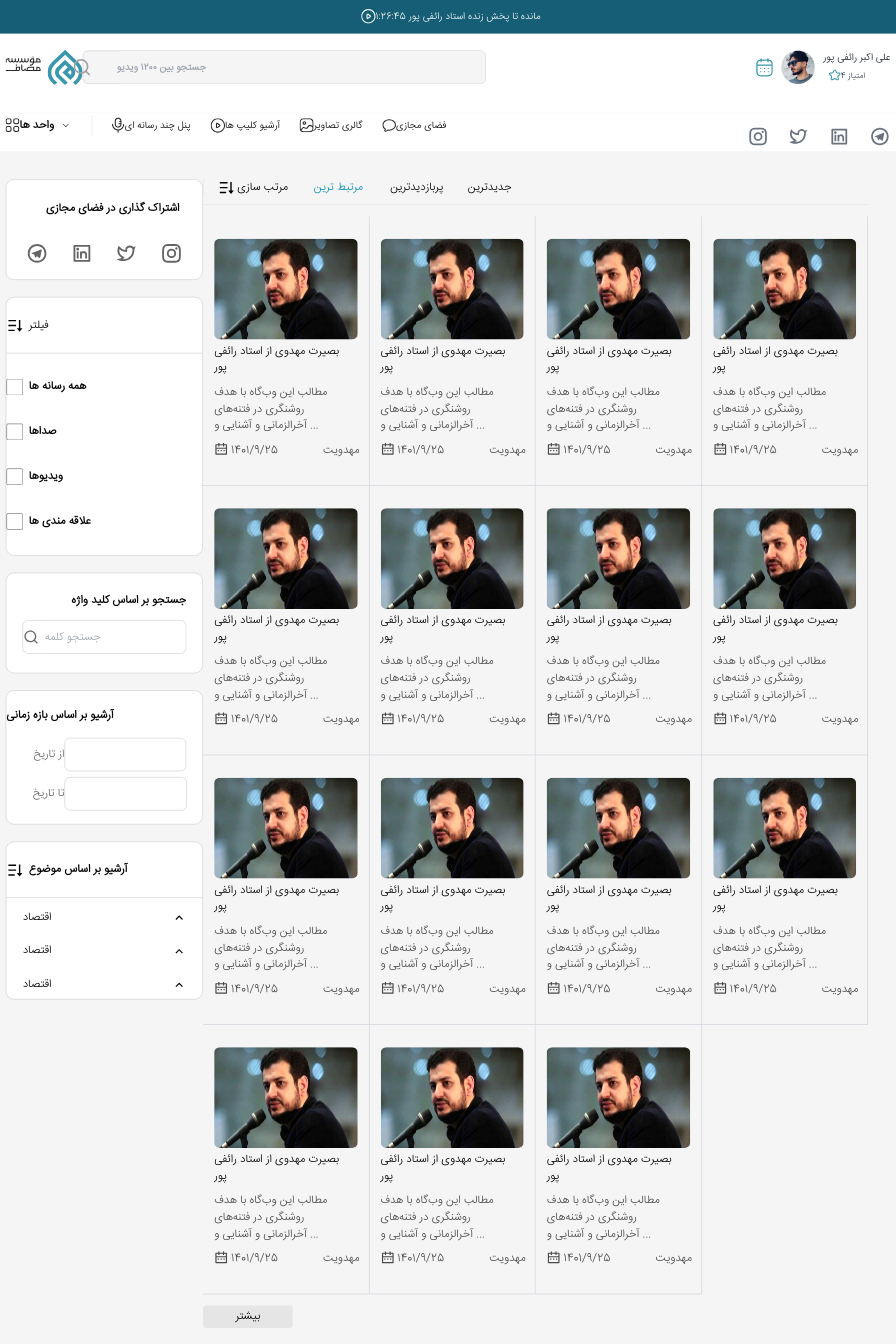
Repository: homan-tehrani/uiUserNative
Page: /multimedia
The author's editor kept a copy of each file at every save. The page is drawn from the files as they stood at one save, then again after the next save.
The browser window is 1280 px wide. The pictures show the part of the page from y = 0 to 1920 px (the page is 3037 px tall before and 3069 px after), at 70% of full size.
The project was rebuilt for these pictures with package versions that can differ from the ones it lists, and the page was loaded fresh each time. The framework's server and built-in components were replaced by stand-ins that run in the browser. Also part of the build but not shown: next.config.js, src/components/MenuForUnits.js, src/components/AccordionForUnits.js, src/components/MenuResponsive.js.

Above is the page before, as saved 2023-04-25 02:24:15.

### src/pages/_app.js
import Layoute from 'components/layout/Layoute'
import 'styles/globals.css'

export default function App({ Component, pageProps }) {
  return <Layoute>
    <Component {...pageProps} />
  </Layoute>
}

### src/pages/multimedia/index.js
import React, { useState, useEffect } from 'react';
import { albumPhoto } from '../../../src/db.json';
import Loading from 'components/loading';
import CourseCart from 'components/CourseCart';
import Aside from 'components/Aside';
import AsideResponsive from 'components/AsideResponsive';
export default function Multimedia() {
  const [allcorses, setAllCorses] = useState(null);

  useEffect(() => {
    setAllCorses(albumPhoto);
  }, []);

  if (!allcorses) {
    return <Loading />;
  }

  return (
    <div className=" bg-neutral-100 flex h-max py-10 w-full mt-4 gap-x-1 ">
      <div className="hidden  sm:flex  md:flex justify-evenly container sm:px-2 mx-auto sm:justify-between sm:gap-x-0 gap-x-2 ">
        <Aside />
        <CourseCart data={allcorses} />
      </div>
      <AsideResponsive />
    </div>
  );
}

### src/components/layout/Layoute.js
import React from "react";
import Header from "./Header";
import Fotter from "./Fotter";
import Speech from "../Speech";

export default function Layoute({ children , datas }) {
  return (
    <>
      <Header  />
      <div>{children}</div>
      <Speech />
      <Fotter datas={datas} />
    </>
  );
}

### src/styles/globals.css
@tailwind base;
@tailwind components;
@tailwind utilities;

@font-face {
    font-family: iransans;
    src: url("../../public/assets/fonts/iransans/irsans-l.woff");
}

html , body{
    font-family: iransans;
  }

.slider-master
.swiper-pagination-bullet{
  width: 14px;
  height: 14px;
  background-color: #3998AC;
}

.slider-master
.swiper-pagination-bullet-active {
  width: 60px;
  border-radius: 60px;
}

### src/components/loading.js
const Loading =()=> {
    return (
      <div className="w-full h-full flex justify-center items-center py-5">
        <svg aria-hidden="true" class="w-12 h-12 text-gray-200 animate-spin dark:text-gray-600 fill-cyan-600" viewBox="0 0 100 101" fill="none" xmlns="http://www.w3.org/2000/svg">
            <path d="M100 50.5908C100 78.2051 77.6142 100.591 50 100.591C22.3858 100.591 0 78.2051 0 50.5908C0 22.9766 22.3858 0.59082 50 0.59082C77.6142 0.59082 100 22.9766 100 50.5908ZM9.08144 50.5908C9.08144 73.1895 27.4013 91.5094 50 91.5094C72.5987 91.5094 90.9186 73.1895 90.9186 50.5908C90.9186 27.9921 72.5987 9.67226 50 9.67226C27.4013 9.67226 9.08144 27.9921 9.08144 50.5908Z" fill="currentColor"/>
            <path d="M93.9676 39.0409C96.393 38.4038 97.8624 35.9116 97.0079 33.5539C95.2932 28.8227 92.871 24.3692 89.8167 20.348C85.8452 15.1192 80.8826 10.7238 75.2124 7.41289C69.5422 4.10194 63.2754 1.94025 56.7698 1.05124C51.7666 0.367541 46.6976 0.446843 41.7345 1.27873C39.2613 1.69328 37.813 4.19778 38.4501 6.62326C39.0873 9.04874 41.5694 10.4717 44.0505 10.1071C47.8511 9.54855 51.7191 9.52689 55.5402 10.0491C60.8642 10.7766 65.9928 12.5457 70.6331 15.2552C75.2735 17.9648 79.3347 21.5619 82.5849 25.841C84.9175 28.9121 86.7997 32.2913 88.1811 35.8758C89.083 38.2158 91.5421 39.6781 93.9676 39.0409Z" fill="currentFill"/>
        </svg>
      </div>
    );
  }

  export default Loading;

### src/components/Speech.js
import React, { useEffect, useState } from "react";
import Loading from "./loading";
import {speech} from "../../src/db.json"

export default function Speech({ datas }) {
  const [imageSpeech, setImageSpeech] = useState(null);
  useEffect(() => {
    setImageSpeech(speech);
  }, []);

  if (!imageSpeech) {
    return <Loading />;
  }
  return (
    <div className="w-full flex justify-center items-center relative ">
      <div className="flex flex-col w-full h-max">
        <div className="flex flex-col w-full ">
          <img
            src={imageSpeech[0].src}
            alt={imageSpeech[0].alt}
            className="w-full h-full object-cover"
          />
        </div>
      </div>
    </div>
  );
}

### src/components/AccordionForMultiMedia.js
import {useState} from 'react'

export default function AccordionForMultiMedia() {
    const [isShowAccordion, setIsShowAccordion] = useState(false);
    const accordionHandler = () => {
        setIsShowAccordion((prev) => !prev);
      };
  return (
    <>
    <button
    onClick={accordionHandler}
    className=" w-10/12 mx-auto h-10 flex items-center mt-2 justify-between"
  >
    <p>اقتصاد</p>
    <div>
      {!isShowAccordion && (
        <svg
          xmlns="http://www.w3.org/2000/svg"
          viewBox="0 0 24 24"
          width="20"
          height="20"
        >
          <path
            d="M11.9997 10.8284L7.04996 15.7782L5.63574 14.364L11.9997 8L18.3637 14.364L16.9495 15.7782L11.9997 10.8284Z"
            fill="#000"
          ></path>
        </svg>
      )}
      {isShowAccordion && (
        <svg
          xmlns="http://www.w3.org/2000/svg"
          viewBox="0 0 24 24"
          width="20"
          height="20"
        >
          <path
            d="M11.9997 13.1714L16.9495 8.22168L18.3637 9.63589L11.9997 15.9999L5.63574 9.63589L7.04996 8.22168L11.9997 13.1714Z"
            fill="#000"
          ></path>
        </svg>
      )}
    </div>
  </button>
  {isShowAccordion && (
    <div className="w-10/12 mx-auto my-4 pb-4 flex flex-col gap-y-8 font-bold  border-b border-stone-300">
      <div className="flex items-center justify-satrt  gap-x-2 ">
        <input type="checkbox" className="w-6 h-6 " />
        <p>اقتصاد ایران</p>
      </div>
      <div className="flex items-center justify-satrt  gap-x-2">
        <input type="checkbox" className="w-6 h-6 " />
        <p>اقتصاد جهان</p>
      </div>
    </div>
  )}
  </>
  )
}

### src/components/AccordionMultiMediResponsive.js
import React, { useState } from 'react'

export default function AccordionMultiMediResponsive() {
    const[isShowAccordion , setIsShowAccordion] = useState(false)
    const accordionHandler = ()=>{
        setIsShowAccordion(prev=>!prev)
    }
  return (
    <>
     <button
              onClick={accordionHandler}
              className=" w-11/12 mx-auto h-10 flex items-center  my-2 justify-between"
            >
              <p>دشمن شناسی</p>
              <div>
                {!isShowAccordion && (
                  <svg
                    xmlns="http://www.w3.org/2000/svg"
                    viewBox="0 0 24 24"
                    width="20"
                    height="20"
                  >
                    <path
                      d="M11.9997 10.8284L7.04996 15.7782L5.63574 14.364L11.9997 8L18.3637 14.364L16.9495 15.7782L11.9997 10.8284Z"
                      fill="#000"
                    ></path>
                  </svg>
                )}
                {isShowAccordion && (
                  <svg
                    xmlns="http://www.w3.org/2000/svg"
                    viewBox="0 0 24 24"
                    width="20"
                    height="20"
                  >
                    <path
                      d="M11.9997 13.1714L16.9495 8.22168L18.3637 9.63589L11.9997 15.9999L5.63574 9.63589L7.04996 8.22168L11.9997 13.1714Z"
                      fill="#000"
                    ></path>
                  </svg>
                )}
              </div>
            </button>
            {isShowAccordion && (
              <div className="w-10/12 mx-auto pb-4 flex mt-4 flex-col gap-y-8 font-bold border-stone-300 border-b">
                <div className="flex items-center justify-satrt  gap-x-2 ">
                  <input type="checkbox" className="w-6 h-6 " />
                  <p>اقتصاد ایران</p>
                </div>
                <div className="flex items-center justify-satrt  gap-x-2">
                  <input type="checkbox" className="w-6 h-6 " />
                  <p>اقتصاد جهان</p>
                </div>
              </div>
            )}
    </>
  )
}

### src/components/NavBar.js
import React from 'react'
import { useState , useRef , useEffect } from "react";
import Link from 'next/link';
import MenuForUnits from './MenuForUnits';

export default function Navbar() {
  const [showMenuForUnits, setShowMenuForUnits] = useState(false)

  return (
    <>

      <div className="hidden lg:flex container px-2 h-8 mx-auto  flex-row-reverse justify-between items center py-5 ">
        <ul className="flex gap-7">
          <li>
            <Link href="#" className="text-gray-500">
              <svg xmlns="http://www.w3.org/2000/svg" className="fill-current stroke-1" viewBox="0 0 24 24" width="30" height="30"><path fill="none" d="M0 0h24v24H0z" /><path d="M12 9a3 3 0 1 0 0 6 3 3 0 0 0 0-6zm0-2a5 5 0 1 1 0 10 5 5 0 0 1 0-10zm6.5-.25a1.25 1.25 0 0 1-2.5 0 1.25 1.25 0 0 1 2.5 0zM12 4c-2.474 0-2.878.007-4.029.058-.784.037-1.31.142-1.798.332-.434.168-.747.369-1.08.703a2.89 2.89 0 0 0-.704 1.08c-.19.49-.295 1.015-.331 1.798C4.006 9.075 4 9.461 4 12c0 2.474.007 2.878.058 4.029.037.783.142 1.31.331 1.797.17.435.37.748.702 1.08.337.336.65.537 1.08.703.494.191 1.02.297 1.8.333C9.075 19.994 9.461 20 12 20c2.474 0 2.878-.007 4.029-.058.782-.037 1.309-.142 1.797-.331.433-.169.748-.37 1.08-.702.337-.337.538-.65.704-1.08.19-.493.296-1.02.332-1.8.052-1.104.058-1.49.058-4.029 0-2.474-.007-2.878-.058-4.029-.037-.782-.142-1.31-.332-1.798a2.911 2.911 0 0 0-.703-1.08 2.884 2.884 0 0 0-1.08-.704c-.49-.19-1.016-.295-1.798-.331C14.925 4.006 14.539 4 12 4zm0-2c2.717 0 3.056.01 4.122.06 1.065.05 1.79.217 2.428.465.66.254 1.216.598 1.772 1.153a4.908 4.908 0 0 1 1.153 1.772c.247.637.415 1.363.465 2.428.047 1.066.06 1.405.06 4.122 0 2.717-.01 3.056-.06 4.122-.05 1.065-.218 1.79-.465 2.428a4.883 4.883 0 0 1-1.153 1.772 4.915 4.915 0 0 1-1.772 1.153c-.637.247-1.363.415-2.428.465-1.066.047-1.405.06-4.122.06-2.717 0-3.056-.01-4.122-.06-1.065-.05-1.79-.218-2.428-.465a4.89 4.89 0 0 1-1.772-1.153 4.904 4.904 0 0 1-1.153-1.772c-.248-.637-.415-1.363-.465-2.428C2.013 15.056 2 14.717 2 12c0-2.717.01-3.056.06-4.122.05-1.066.217-1.79.465-2.428a4.88 4.88 0 0 1 1.153-1.772A4.897 4.897 0 0 1 5.45 2.525c.638-.248 1.362-.415 2.428-.465C8.944 2.013 9.283 2 12 2z" /></svg>
            </Link>
          </li>
          <li>
            <Link href="#" className="text-gray-500">
            <svg xmlns="http://www.w3.org/2000/svg" className="fill-current stroke-1" viewBox="0 0 24 24" width="30" height="30"><path fill="none" d="M0 0h24v24H0z" /><path d="M15.3 5.55a2.9 2.9 0 0 0-2.9 2.847l-.028 1.575a.6.6 0 0 1-.68.583l-1.561-.212c-2.054-.28-4.022-1.226-5.91-2.799-.598 3.31.57 5.603 3.383 7.372l1.747 1.098a.6.6 0 0 1 .034.993L7.793 18.17c.947.059 1.846.017 2.592-.131 4.718-.942 7.855-4.492 7.855-10.348 0-.478-1.012-2.141-2.94-2.141zm-4.9 2.81a4.9 4.9 0 0 1 8.385-3.355c.711-.005 1.316.175 2.669-.645-.335 1.64-.5 2.352-1.214 3.331 0 7.642-4.697 11.358-9.463 12.309-3.268.652-8.02-.419-9.382-1.841.694-.054 3.514-.357 5.144-1.55C5.16 15.7-.329 12.47 3.278 3.786c1.693 1.977 3.41 3.323 5.15 4.037 1.158.475 1.442.465 1.973.538z" /></svg>
            </Link>
          </li>
          <li>
            <Link href="#" className="text-gray-500">
            <svg xmlns="http://www.w3.org/2000/svg" className="fill-current stroke-1" viewBox="0 0 24 24" width="30" height="30"><path fill="none" d="M0 0h24v24H0z" /><path d="M4 3h16a1 1 0 0 1 1 1v16a1 1 0 0 1-1 1H4a1 1 0 0 1-1-1V4a1 1 0 0 1 1-1zm1 2v14h14V5H5zm2.5 4a1.5 1.5 0 1 1 0-3 1.5 1.5 0 0 1 0 3zm-1 1h2v7.5h-2V10zm5.5.43c.584-.565 1.266-.93 2-.93 2.071 0 3.5 1.679 3.5 3.75v4.25h-2v-4.25a1.75 1.75 0 0 0-3.5 0v4.25h-2V10h2v.43z" /></svg>
            </Link>
          </li>
          <li>
            <Link href="#" className="text-gray-500">
            <svg xmlns="http://www.w3.org/2000/svg" className="fill-current stroke-1" viewBox="0 0 24 24" width="30" height="30"><path fill="none" d="M0 0h24v24H0z" /><path d="M12 20a8 8 0 1 0 0-16 8 8 0 0 0 0 16zm0 2C6.477 22 2 17.523 2 12S6.477 2 12 2s10 4.477 10 10-4.477 10-10 10zm-3.11-8.83l-2.498-.779c-.54-.165-.543-.537.121-.804l9.733-3.76c.565-.23.885.061.702.79l-1.657 7.82c-.116.557-.451.69-.916.433l-2.551-1.888-1.189 1.148c-.122.118-.221.219-.409.244-.187.026-.341-.03-.454-.34l-.87-2.871-.012.008z" /></svg>
            </Link>
          </li>
        </ul>
        <ul className="flex items-center gap-5">
          <li onClick={() => setShowMenuForUnits(prev => !prev)}>
            <button className="space-x-3 space-x-reverse">
              <svg width="20" height="20" className="inline" viewBox="0 0 20 20" fill="none" xmlns="http://www.w3.org/2000/svg">
                <path fill-rule="evenodd" clip-rule="evenodd" d="M4.25 11C8.319 11 8.5 12.38 8.5 15.25C8.5 16.688 8.5 17.711 7.896 18.46C7.201 19.323 5.936 19.5 4.25 19.5C2.564 19.5 1.299 19.323 0.604 18.46C0 17.711 0 16.689 0 15.275L0.75 15.25H0C0 12.38 0.181 11 4.25 11ZM15.25 11C19.319 11 19.5 12.38 19.5 15.25C19.5 16.688 19.5 17.711 18.896 18.46C18.201 19.323 16.936 19.5 15.25 19.5C13.564 19.5 12.299 19.323 11.604 18.46C11 17.711 11 16.689 11 15.275L11.75 15.25H11C11 12.38 11.181 11 15.25 11ZM4.45616 12.5004L4.25 12.5C1.64103 12.5 1.50723 12.6872 1.50037 14.8771L1.50079 15.7302C1.50553 16.6011 1.53871 17.2303 1.771 17.52C2.036 17.848 2.823 18 4.25 18C5.677 18 6.464 17.847 6.729 17.519C7 17.182 7 16.382 7 15.274C7 12.7738 7 12.5122 4.45616 12.5004ZM15.4562 12.5004L15.25 12.5C12.641 12.5 12.5072 12.6872 12.5004 14.8771L12.5008 15.7302C12.5055 16.6011 12.5387 17.2303 12.771 17.52C13.036 17.848 13.823 18 15.25 18C16.677 18 17.464 17.847 17.729 17.519C18 17.182 18 16.382 18 15.274C18 12.7738 18 12.5122 15.4562 12.5004ZM4.25 0C8.319 0 8.5 1.38 8.5 4.25C8.5 5.688 8.5 6.711 7.896 7.46C7.201 8.323 5.936 8.5 4.25 8.5C2.564 8.5 1.299 8.323 0.604 7.46C0 6.711 0 5.689 0 4.275L0.75 4.25H0C0 1.38 0.181 0 4.25 0ZM15.25 0C19.319 0 19.5 1.38 19.5 4.25C19.5 5.688 19.5 6.711 18.896 7.46C18.201 8.323 16.936 8.5 15.25 8.5C13.564 8.5 12.299 8.323 11.604 7.46C11 6.711 11 5.689 11 4.275L11.75 4.25H11C11 1.38 11.181 0 15.25 0ZM4.45616 1.50045L4.25 1.5C1.64103 1.5 1.50723 1.68721 1.50037 3.87705L1.50079 4.73018C1.50553 5.60114 1.53871 6.23029 1.771 6.52C2.036 6.848 2.823 7 4.25 7C5.677 7 6.464 6.847 6.729 6.519C7 6.182 7 5.382 7 4.274C7 1.7738 7 1.51222 4.45616 1.50045ZM15.4562 1.50045L15.25 1.5C12.641 1.5 12.5072 1.68721 12.5004 3.87705L12.5008 4.73018C12.5055 5.60114 12.5387 6.23029 12.771 6.52C13.036 6.848 13.823 7 15.25 7C16.677 7 17.464 6.847 17.729 6.519C18 6.182 18 5.382 18 4.274C18 1.7738 18 1.51222 15.4562 1.50045Z" fill="#282828" />
              </svg>
              <span className="font-bold">
              واحد ها
              </span>
              <svg width="10" height="6" className="inline" viewBox="0 0 10 6" fill="none" xmlns="http://www.w3.org/2000/svg">
                <path d="M0.607633 0.649137C0.762955 0.493815 1.00601 0.479695 1.17728 0.606776L1.22635 0.649137L5.00033 4.42291L8.7743 0.649137C8.92962 0.493815 9.17268 0.479695 9.34395 0.606776L9.39302 0.649137C9.54834 0.804459 9.56246 1.04751 9.43538 1.21879L9.39302 1.26786L5.30969 5.35119C5.15436 5.50651 4.91131 5.52063 4.74004 5.39355L4.69097 5.35119L0.607633 1.26786C0.436779 1.097 0.436779 0.819991 0.607633 0.649137Z" fill="#282828"/>
              </svg>
            </button>
          </li>
          <svg width="1" height="32" viewBox="0 0 1 32" fill="none" xmlns="http://www.w3.org/2000/svg">
            <line opacity="0.32" x1="0.5" y1="0.5" x2="0.499999" y2="31.5" stroke="#545656" stroke-linecap="round"/>
          </svg>
          <li>
            <Link href="/multimedia" className="text-sm font-normal">
              <svg width="18" height="22" className="inline ml-2" viewBox="0 0 18 22" fill="none" xmlns="http://www.w3.org/2000/svg">
                <path fill-rule="evenodd" clip-rule="evenodd" d="M16.75 8.8009C17.164 8.8009 17.5 9.1369 17.5 9.5509C17.5 14.1431 13.9754 17.9235 9.50031 18.3069L9.5 20.75C9.5 21.164 9.164 21.5 8.75 21.5C8.336 21.5 8 21.164 8 20.75L8.00069 18.307C3.52514 17.924 0 14.1434 0 9.5509C0 9.1369 0.336 8.8009 0.75 8.8009C1.164 8.8009 1.5 9.1369 1.5 9.5509C1.5 13.5689 4.752 16.8389 8.75 16.8389C12.748 16.8389 16 13.5689 16 9.5509C16 9.1369 16.336 8.8009 16.75 8.8009ZM8.75 0C11.403 0 13.561 2.167 13.561 4.831V9.519C13.561 12.182 11.403 14.349 8.75 14.349C6.097 14.349 3.938 12.182 3.938 9.519V4.831C3.938 2.167 6.097 0 8.75 0ZM8.75 1.5C6.924 1.5 5.438 2.994 5.438 4.831V9.519C5.438 11.354 6.924 12.849 8.75 12.849C10.551 12.849 12.0203 11.3946 12.0602 9.59413L9.8205 9.5938C9.4065 9.5938 9.0705 9.2578 9.0705 8.8438C9.0705 8.4298 9.4065 8.0938 9.8205 8.0938L12.06 8.093V6.255L10.8186 6.2559C10.4046 6.2559 10.0686 5.9199 10.0686 5.5059C10.0686 5.0919 10.4046 4.7559 10.8186 4.7559L12.058 4.755L12.0557 4.64224C11.9582 2.89274 10.513 1.5 8.75 1.5Z" fill="#282828" />
              </svg>
              پنل چند رسانه ای
            </Link>
          </li>
          <li>
            <Link href="/multimedia" className="text-sm font-normal">
              <svg width="21" height="21" viewBox="0 0 21 21" className="inline ml-2" fill="none" xmlns="http://www.w3.org/2000/svg">
                <path fill-rule="evenodd" clip-rule="evenodd" d="M10.25 0C15.902 0 20.5 4.598 20.5 10.25C20.5 15.902 15.902 20.5 10.25 20.5C4.598 20.5 0 15.902 0 10.25C0 4.598 4.598 0 10.25 0ZM10.25 1.5C5.425 1.5 1.5 5.425 1.5 10.25C1.5 15.075 5.425 19 10.25 19C15.075 19 19 15.075 19 10.25C19 5.425 15.075 1.5 10.25 1.5ZM9.8308 6.7614C10.3508 6.9784 13.9998 8.8474 13.9998 10.2454C13.9998 11.5554 10.7158 13.3874 9.8768 13.7374C9.5498 13.8734 9.1768 14.0014 8.8278 14.0014C8.5578 14.0014 8.3018 13.9244 8.0928 13.7164C7.9318 13.5574 7.5018 13.1324 7.4998 10.3334C7.4988 7.3614 7.9458 6.9194 8.0928 6.7724C8.6158 6.2544 9.4678 6.6094 9.8308 6.7614ZM9.1338 8.0864C8.9568 9.0874 8.9538 11.4784 9.1308 12.4284C10.0088 12.1184 11.9108 10.8684 12.4228 10.2494C11.9128 9.6484 10.0348 8.4244 9.1338 8.0864Z" fill="#282828" />
              </svg>

              آرشیو کلیپ ها
            </Link>
          </li>
          <li>
            <Link href="/multimedia" className="text-sm font-normal">
              <svg width="20" height="20" viewBox="0 0 20 20" className="inline ml-2" fill="none" xmlns="http://www.w3.org/2000/svg">
                <path fill-rule="evenodd" clip-rule="evenodd" d="M14.302 0C15.91 0 17.297 0.537 18.312 1.554C19.373 2.616 19.955 4.161 19.953 5.905L19.9545 12.9014C19.9562 12.9283 19.9565 12.9553 19.9554 12.9822L19.953 14.05C19.953 17.581 17.68 19.954 14.297 19.954H5.651C2.271 19.954 0 17.581 0 14.05V5.904C0 2.373 2.271 0 5.651 0H14.302ZM14.5786 10.8323C13.9906 10.8323 13.3006 11.8053 12.6896 12.6643C11.8516 13.8443 10.9846 15.0653 9.6786 15.0653C8.7956 15.0653 7.9866 14.7253 7.2736 14.4243C6.1396 13.9463 5.6256 13.7933 5.1226 14.2073C4.1157 15.037 3.12078 16.5479 2.66363 17.2914C3.38518 18.0354 4.41016 18.454 5.651 18.454H14.297C16.822 18.454 18.453 16.726 18.453 14.05L18.453 13.251L18.4299 13.2267C17.5545 12.3248 16.0429 10.8323 14.5786 10.8323ZM14.302 1.5H5.651C3.13 1.5 1.5 3.229 1.5 5.904V14.05C1.5 14.7186 1.60175 15.328 1.79372 15.8661C2.37241 14.9923 3.24639 13.8094 4.1696 13.0493C5.4216 12.0193 6.7696 12.5853 7.8556 13.0423C8.4946 13.3113 9.0986 13.5653 9.6786 13.5653C10.2106 13.5653 10.8776 12.6253 11.4676 11.7963C12.2866 10.6403 13.2166 9.3323 14.5786 9.3323C16.0733 9.3323 17.4271 10.2509 18.4541 11.1624L18.453 5.904C18.455 4.541 18.039 3.403 17.251 2.614C16.523 1.885 15.504 1.5 14.302 1.5ZM6.857 4.1895C8.288 4.1905 9.452 5.3545 9.453 6.7845V6.7855C9.453 8.2165 8.289 9.3805 6.857 9.3805C5.425 9.3805 4.261 8.2165 4.261 6.7855C4.261 5.3535 5.425 4.1895 6.857 4.1895ZM6.856 5.6895C6.252 5.6895 5.761 6.1805 5.761 6.7855C5.761 7.3895 6.252 7.8805 6.857 7.8805C7.461 7.8805 7.953 7.3895 7.953 6.7865C7.952 6.1815 7.46 5.6905 6.856 5.6895Z" fill="#282828" />
              </svg>
              گالری تصاویر
            </Link>
          </li>
          <li>
            <Link href="/multimedia" className="text-sm font-normal">
              <svg width="20" height="19" viewBox="0 0 20 19" className="inline ml-2" fill="none" xmlns="http://www.w3.org/2000/svg">
                <path fill-rule="evenodd" clip-rule="evenodd" d="M9.99984 0.996582C5.02777 0.996582 0.996094 4.35666 0.996094 8.49681C1.07125 10.9951 2.4491 13.2717 4.62761 14.497C4.41121 15.085 4.11031 15.6384 3.73437 16.1398C3.52688 16.4427 3.53201 16.8433 3.7472 17.1409C3.96238 17.4384 4.34125 17.5687 4.69393 17.4665C5.89676 17.1163 7.02892 16.558 8.03903 15.817C8.68556 15.9382 9.34205 15.9985 9.99984 15.997C14.9719 15.997 19.0036 12.6369 19.0036 8.49681C19.0036 4.35667 14.9719 0.996582 9.99984 0.996582Z" stroke="#282828" stroke-width="1.5" stroke-linecap="round" stroke-linejoin="round" />
              </svg>
              فضای مجازی
            </Link>
          </li>
        </ul>
        {showMenuForUnits && <MenuForUnits sesetShowMenuForUnits={setShowMenuForUnits} />}
      </div>
    </>
  )
}

### tailwind.config.js
/** @type {import('tailwindcss').Config} */
module.exports = {
  content: [
    "./app/**/*.{js,ts,jsx,tsx}",
    "./pages/**/*.{js,ts,jsx,tsx}",
    "./components/**/*.{js,ts,jsx,tsx}",

    // Or if using `src` directory:
    "./src/**/*.{js,ts,jsx,tsx}",
  ],
  theme: {
    extend: {
      screens:{
        'xs':{'max':'430px'},
      },
      spacing: {
        '148': '37rem',
        '120':'36rem',
        '152':'42rem',
        '90':'25rem',
        '98':'28rem',
        '100':'30rem',
        '110':'33rem',
        'ppx':'0.5px',
        '400px': '400px',
        '300px':'300px',
        '1200px':'1200px',
        '370px':'370px',
        '305px':'305px',
        '282px':'282px'
      },
      fontSize:{
        tsm:['13px','19px'],
        ssm:['12px','18px'],
        xsm:['11px','17px'],
        xxsm:['10px','16px'],
        xxxsm:['8px','12px'],
      },
    },
  },
  plugins: [],
}

Loaded but not shown: src/db.json (58 lines, source omitted); src/components/layout/Header.js (172 lines, source omitted); src/components/layout/Fotter.js (133 lines, source omitted); src/components/AsideResponsive.js (296 lines, source omitted); src/components/Aside.js (153 lines, source omitted); src/components/CourseCart.js (96 lines, source omitted)

After the next save:
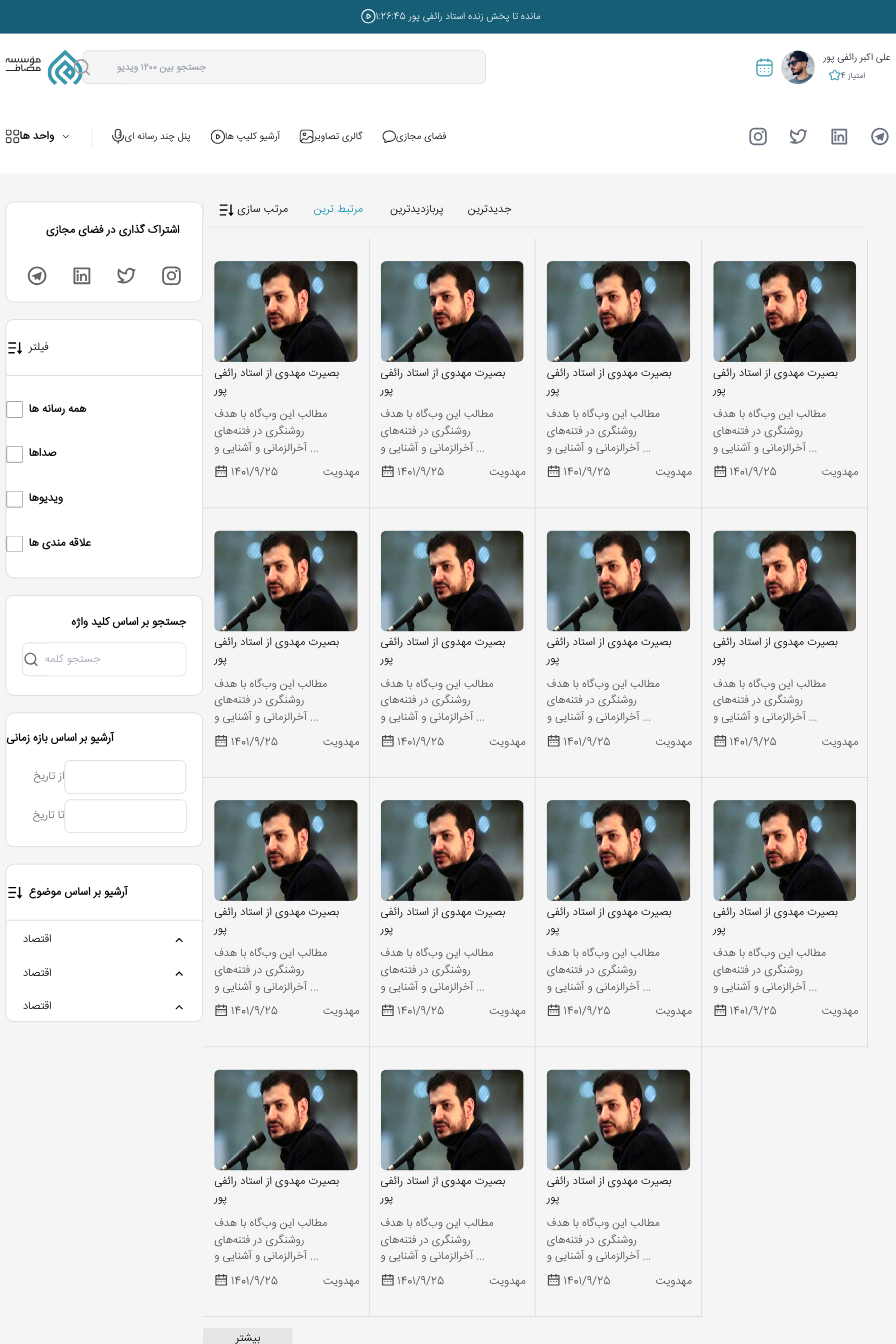
Saved 38 s later.
--- a/src/components/NavBar.js
+++ b/src/components/NavBar.js
@@ -9,7 +9,7 @@ export default function Navbar() {
   return (
     <>
 
-      <div className="hidden lg:flex container px-2 h-8 mx-auto  flex-row-reverse justify-between items center py-5 ">
+      <div className="hidden lg:flex container px-2 mx-auto  flex-row-reverse justify-between items center py-5 ">
         <ul className="flex gap-7">
           <li>
             <Link href="#" className="text-gray-500">
